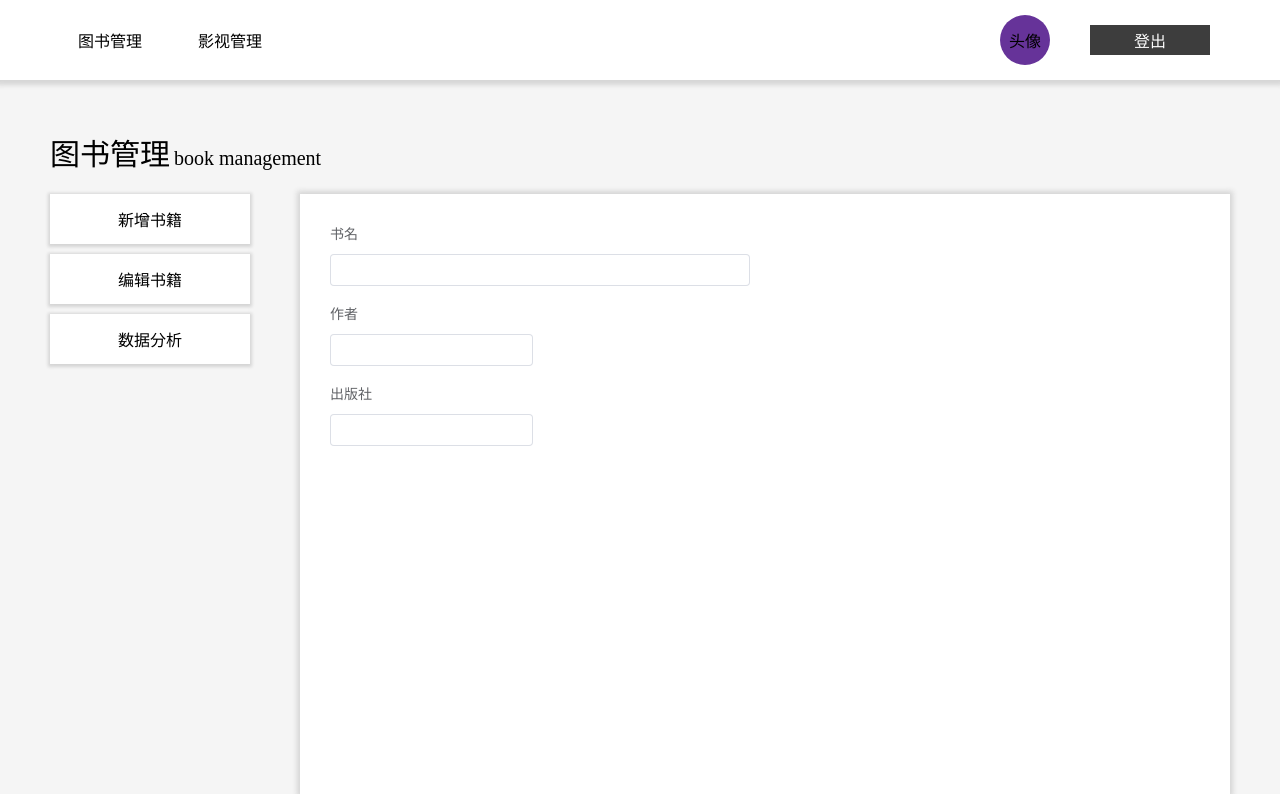
Repository: quanwangniuniu/Oasis-Reading-Platform
Page: /#/admin/books (app in Vue-frontend/)
The author's editor kept a copy of each file at every save. The page is drawn from the files as they stood at one save, then again after the next save.
The browser window is 1280 px wide. The pictures show the whole page.
Some web fonts or font styles are not loaded; a fallback is used. The project was rebuilt for these pictures with package versions that can differ from the ones it lists, and the page was loaded fresh each time. Also part of the build but not shown: Vue-frontend/vite.config.js, Vue-frontend/src/components/Test.vue, Vue-frontend/src/components/user/books/BookCard.vue, Vue-frontend/src/components/axios/config.js, Vue-frontend/src/components/axios/api.js, Vue-frontend/src/components/user/books/Books.vue, Vue-frontend/src/components/user/movies/Favourites.vue, Vue-frontend/src/components/user/explore/Explore.vue and 10 more.

Above is the page before, as saved 2023-04-13 16:05:24.

### Vue-frontend/index.html
<!DOCTYPE html>
<html lang="en">
  <head>
    <meta charset="UTF-8">
    <meta name="viewport" content="width=device-width, initial-scale=1.0">
    <title>Vite App</title>
    <style>
      *{
        padding: 0px;
        margin: 0px;
      }

      body{
        background-color: rgb(245, 245, 245);
      }
    </style>
  </head>
  <body>
    <div id="app"></div>
    <script type="module" src="/src/main.js"></script>
  </body>
</html>

### Vue-frontend/src/main.js
import { createApp } from 'vue'
import ElementPlus from 'element-plus'
import 'element-plus/dist/index.css'
import App from './App.vue'
import router from './components/router/router'
import * as ElementPlusIconsVue from '@element-plus/icons-vue'
import './assets/font/font.css'

const app = createApp(App)
app.use(router)
app.use(ElementPlus)
app.mount('#app')
for (const [key, component] of Object.entries(ElementPlusIconsVue)) {
    app.component(key, component)
  }

### Vue-frontend/src/App.vue
<script setup>
import Test from './components/Test.vue';
</script>

<template>
  <div>
    <router-view></router-view>
  </div>
</template>

<style scoped>
</style>

### Vue-frontend/src/components/router/router.js
import {createRouter, createWebHashHistory} from 'vue-router'
import Books from '../user/books/Books.vue'
import Movies from '../user/movies/Favourites.vue'
import Explore from '../user/explore/Explore.vue'
import Login from '../user/login/Login.vue'
import SpecificBook from '../user/books/SpecificBook.vue'
import User from '../User.vue'
import Admin from '../Admin.vue'
import UserInfo from '../user/info/UserInfo.vue'
import BookSearch from '../user/books/BookSearch.vue'
import Transit from '../user/books/Transit.vue'
import BookManagement from '../admin/bookManagement/BookManagement.vue'
import MovieManagement from '../admin/movieManagement/MovieManagement.vue'

import {checkUser} from './utils.js'

const router = createRouter({
    history: createWebHashHistory(),
    routes:[
        {path:'/user', component: User, alias:['/'], children:[
            {path:'books', component: Books},
            {path:'search',name:'search', component: BookSearch},
            {path:'transit',name:'transit', component: Transit},
            {path:'books/:id', component: SpecificBook,beforeEnter: checkUser},
            {path:'movies', component: Movies},
            {path:'explore', component: Explore},
            {path:'login', component: Login},
            {path:'info', component: UserInfo, beforeEnter: checkUser},
        ]},
        {path:'/admin', component: Admin,children:[
            {path:'books', component: BookManagement},
            {path:'movies', component: MovieManagement}
        ]}
    ]
})

export default router

### Vue-frontend/src/assets/font/font.css

  @font-face {
    font-family: siyuansongti;
    src: url(./Source_Han_Serif_SC_Light_Light.otf);
    font-weight: normal;
    font-style: normal;
  }

### Vue-frontend/src/components/Admin.vue
<script setup>
import BookManagementVue from './admin/bookManagement/BookManagement.vue';
import AdminHeader from './admin/header/AdminHeader.vue';
</script>

<template>
    <AdminHeader></AdminHeader>
    <router-view></router-view>
</template>

<style scoped>
</style>

### Vue-frontend/src/components/admin/bookManagement/BookManagement.vue
<script setup>
import LeftBar from './LeftBar.vue';
import {ref} from 'vue'


const bookItem = ref({
  title: '',
  author: '',
  publisher: '',
  ISBN: '',
  description: '',
  publish_year: '',
  page:'',
  binding: '',
  price:'',
  seriers:' '
})


</script>

<template>
  <div class="top-container">
    <div class="title">
      <span>图书管理</span>&nbsp;<span>book management</span>
    </div>
  </div>
  <div class="container">
      <LeftBar></LeftBar>
      <div class="panel">
        <div>
          <el-form
            label-position="top"
            label-width="100px"
            :model="formLabelAlign"
            style="max-width: 460px"
            :inline="true"
          >
            <el-form-item label="书名" style="width:420px">
              <el-input v-model="bookItem.title" />
            </el-form-item>
            <el-form-item label="作者">
              <el-input v-model="bookItem.author" />
            </el-form-item>
            <el-form-item label="出版社">
              <el-input v-model="bookItem.publisher" />
            </el-form-item>
          </el-form>
        </div>
      </div>
  </div>

</template>

<style scoped>
.top-container{
  margin: 50px 50px 0px 50px;
  display: flex;
  justify-content: space-between;
}

.title{
  width: 400px;
  font-family: siyuansongti;
}
.container{
  display: flex;
  margin: 20px 50px 0px 50px
}

.title span:nth-child(1){
  font-size: 30px;
}
.title span:nth-child(2){
  font-size: 20px;
}

.panel{
  box-sizing: border-box;
  flex: 1;
  height: 600px;
  background-color: white;
  box-shadow: 0 0 5px 3px rgb(214, 214, 214);
  padding: 30px;
}

</style>

### Vue-frontend/src/components/router/utils.js
export const checkUser = (from, to, next) => {
    if(localStorage.getItem('token') === null){
        next('/login')
    }else{
        next()
    }
}

### Vue-frontend/src/components/admin/header/AdminHeader.vue
<script setup>

let logout = () =>{
    localStorage.clear('token')
    localStorage.clear('type')
}

</script>

<template>
    <div>
        <div class="container">
            <div class="left">
                <div class="nav"><router-link to="/admin/books">图书管理</router-link></div>
                <div class="nav"><router-link to="/admin/movies">影视管理</router-link></div>
            </div>

            <div class="right">
                <div class="nav avata"><router-link to="/info">头像</router-link></div>
                <div class="nav login"><router-link to="/explore" @click="logout">登出</router-link></div>
            </div>

        </div>
    </div>

</template>

<style scoped>
.container{
    height: 80px;
    background-color: white;
    /* 边框模糊效果 */
    box-shadow: 0 0 5px 5px rgb(214, 214, 214);
    /* 开启flex布局 */
    display: flex;
    /* 设置元素靠右排列 */
    justify-content: space-between;
    /* 设置元素垂直居中 */
    align-items: center;
}

.left{
    display: flex;
    /* 设置元素垂直居中 */
    align-items: center;
    padding-left: 50px;
}

.right{
    display: flex;
    /* 设置元素垂直居中 */
    align-items: center;
    padding-right: 50px;
}

.nav{
    width: 80px;
    height: 30px;
    margin-left: 20px;
    margin-right: 20px;
    /* 设置nav内部a标签水平居中 */
    text-align: center;
    /* 开启flex局部 */
    display: flex;
    /* 设置nav内部a标签垂直居中 */
    align-items: center;
}

.nav a{
    width: 80px;
    /* 清除a标签默认样式 */
    text-decoration: none;
    color: black;

}

.login{
    width: 120px;
    background-color: rgb(61, 61, 61);
}

.login a{
    width: 1200px;
    color: white;
}

.avata{
    width: 50px;
    height: 50px;
    border-radius: 50%;
    background-color: rebeccapurple;
}


</style>

### Vue-frontend/src/components/admin/bookManagement/LeftBar.vue
<script setup>

</script>

<template>
    <div class="leftbar-container">
        <div class="card">
            新增书籍
        </div>
        <div class="card">
            编辑书籍
        </div>
        <div class="card">
            数据分析
        </div>
    </div>

</template>

<style scoped>
.leftbar-container{
    width: 250px;
    height: 600px;
}

.card{
    width: 200px;
    height: 50px;
    background: white;
    /* 设置卡片阴影 */
    box-shadow: 0px 1px 3px 2px rgb(214, 214, 214);
    /* 开启flex布局 文字水平垂直居中 */
    display: flex;
    justify-content: center;
    align-items:center;
    margin-bottom: 10px;
}

.card:hover{
    transform:scale(1.1);
}
</style>

After the next save:
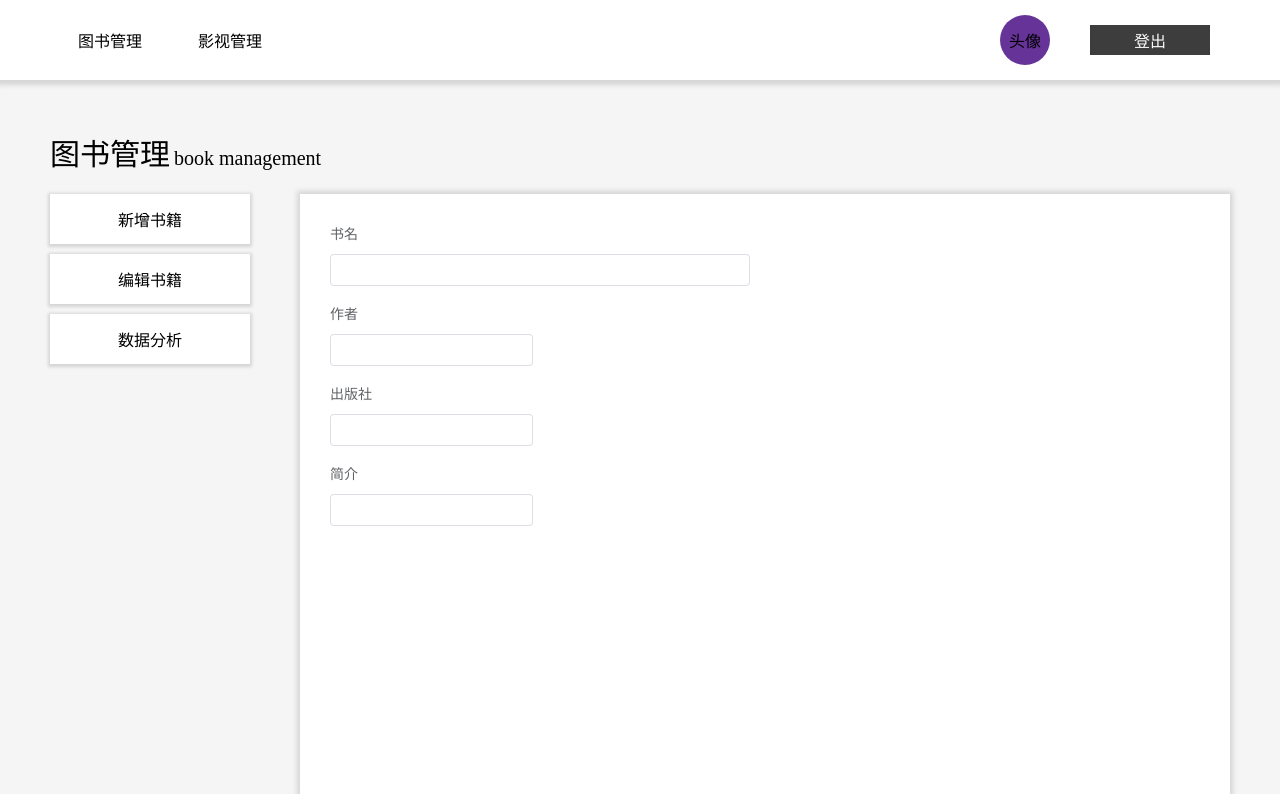
Saved 79 s later.
--- a/Vue-frontend/src/components/admin/bookManagement/BookManagement.vue
+++ b/Vue-frontend/src/components/admin/bookManagement/BookManagement.vue
@@ -45,6 +45,9 @@ const bookItem = ref({
             <el-form-item label="出版社">
               <el-input v-model="bookItem.publisher" />
             </el-form-item>
+            <el-form-item label="简介">
+              <el-input v-model="bookItem.publisher" />
+            </el-form-item>
           </el-form>
         </div>
       </div>
